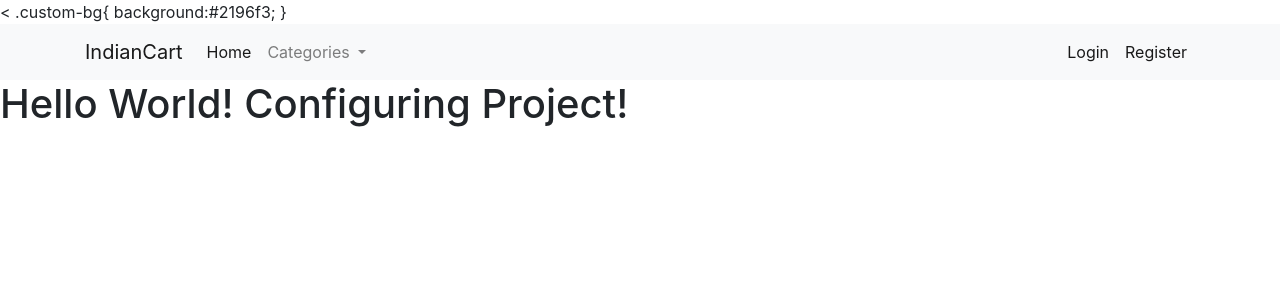
Repository: neerajchavan/E-Commerce-Project
Page: http://localhost/E-Commerce-Project/
An editor plug-in stored every save of this project. The page is shown before and after the next save, followed by the edit.
The browser window is 1280 px wide. The pictures show the whole page.
Some web libraries are served in a nearby version. The page is served by Tomcat 9.

Above is the page before, as saved 2020-10-07 14:58:09.

After the next save:
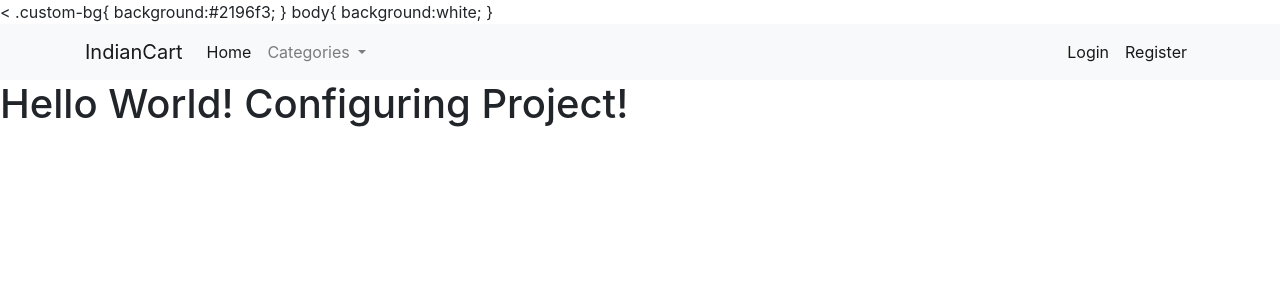
Saved 16 s later.
--- a/E-Commerce-Project/WebContent/CSS/Style.css
+++ b/E-Commerce-Project/WebContent/CSS/Style.css
@@ -1,3 +1,7 @@
 .custom-bg{
 	background:#2196f3;
 }
+
+body{
+	background:white;
+}
